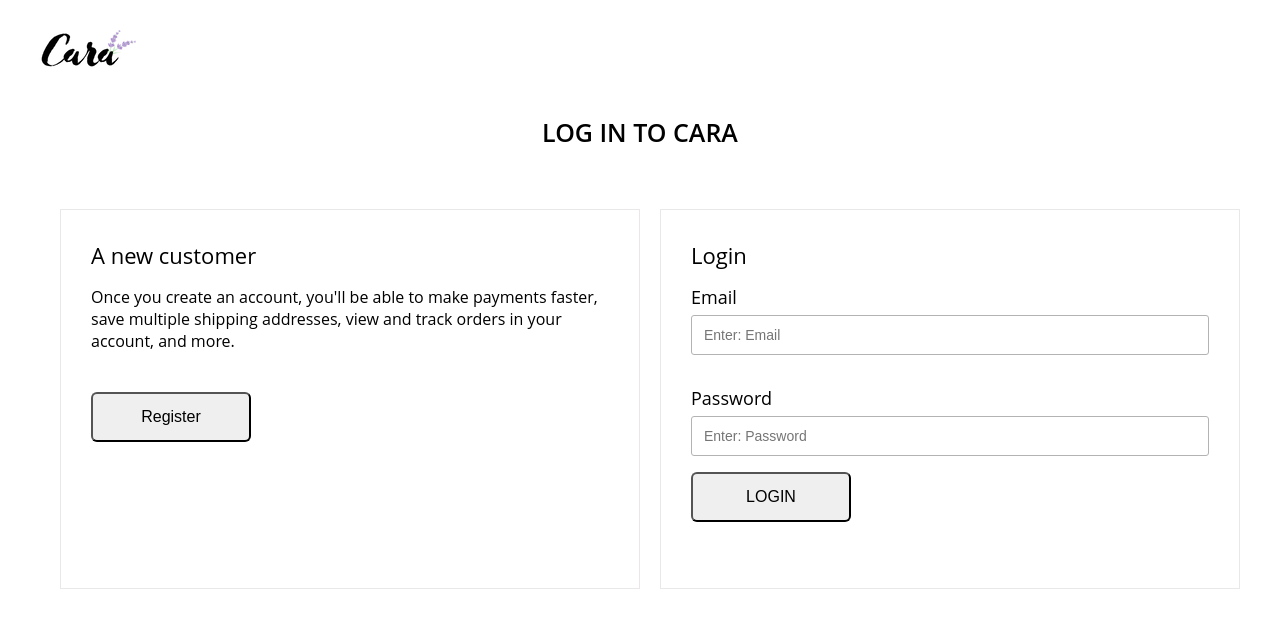
Repository: MinhNhatIT2901/Ecommerce
Page: login.html
An editor plug-in stored every save of this project. The page is shown before and after the next save, followed by the edit.
The browser window is 1280 px wide. The pictures show the whole page.

Above is the page before, as saved 2022-01-11 21:19:40.
Console error: TypeError: Cannot read properties of null (reading 'addEventListener')

### login.html
<!DOCTYPE html>
<html lang="en">
<head>
    <meta charset="UTF-8">
    <meta http-equiv="X-UA-Compatible" content="IE=edge">
    <meta name="viewport" content="width=device-width, initial-scale=1.0">
    <link rel="stylesheet" href="./login/login.css">
    <title>Login for Cara</title>
</head>
<body>
    <div class="logo-img">
        <a href="index.html">
            <img src="./imgs/img/logo.png" alt="">
        </a>
    </div>
    <div class="title">LOG IN TO CARA</div>
    <div class="wrap__box">
        <div class="wrap__content">
            <div class="wrap__container">
                <div class="wrap__title">A new customer</div>
                <p>Once you create an account, you'll be able to make payments faster,
                    save multiple shipping addresses, view and track orders in your account,
                    and more.
                </p>
                <div class="wrap__button">
                    <a href="sigin.html">
                        <button class="btn">
                            Register
                        </button>
                    </a>
                </div>
            </div>
        </div>
        <div class="wrap__content">
            <div class="wrap__container">
                <form action="">
                    <div class="wrap__title">Login</div>
                    <div class="form-group">
                        <label for="email" class="form-label">Email</label>
                        <input id="email" name="email" type="text" placeholder="Enter: Email" class="form-control">
                        <span class="form-message"></span>
                    </div>

                    <div class="form-group">
                        <label for="password" class="form-label">Password</label>
                        <input id="password" name="password" type="password" placeholder="Enter: Password" class="form-control">
                        <span class="form-message"></span>
                    </div>
                    <button class="btn">LOGIN</button>
                </form>
            </div>
        </div>
    </div>
</body>
    <script src="./login/login.js"></script>
</html>

### login/login.css
* {
  padding: 0;
  top: 0;
  box-sizing: border-box;
}

body {
  font-family: "Open Sans", sans-serif;
}

.logo-img {
  margin: 30px;
}

.title {
  text-align: center;
  margin: 40px 0 60px;
  font-size: 25px;
  font-weight: 600;
}

.wrap__box {
  width: 100%;
  display: flex;
  align-items: center;
  max-width: 1200px;
  margin: 0 auto;
}

.wrap__content {
  width: 50%;
}

.wrap__container {
  width: 580px;
  height: 380px;
  border: 1px solid #e9e7e7;
  margin-left: 20px;
  padding: 30px;
}

.wrap__title {
  font-size: 22px;
  font-weight: 500;
}

.wrap__button {
  margin-top: 40px;
}

.wrap__button a {
  text-decoration: none;
  color: #333;
}

.btn {
  width: 160px;
  height: 50px;
  transition: 0.4s ease;
  font-size: 16px;
  font-weight: 500;
  border-radius: 6px;
}

.btn:hover {
  background-color: #333;
  color: #e9e7e7;
  cursor: pointer;
}

.form-group {
  display: flex;
  margin-bottom: 16px;
  flex-direction: column;
}

.form-label,
.form-message {
  text-align: left;
}

.form-label {
  font-weight: 500;
  padding: 15px 0 6px;
  font-size: 18px;
}

.form-control {
  height: 40px;
  padding: 8px 12px;
  border: 1px solid #b3b3b3;
  border-radius: 3px;
  outline: none;
  font-size: 14px;
}

.form-control:hover {
  border-color: #1dbfaf;
}

### login/login.js
const input = document.querySelector(".input")
const eyeOpen = document.querySelector(".eye-open")
const eyeClose = document.querySelector(".eye-close")

eyeOpen.addEventListener("click", function () {
    eyeOpen.classList.add("hidden");
    eyeClose.classList.remove("hidden");
    input.setAttribute("type", "password");
});

eyeClose.addEventListener("click", function () {
    eyeOpen.classList.remove("hidden");
    eyeClose.classList.add("hidden");
    input.setAttribute("type", "text");
})

After the next save:
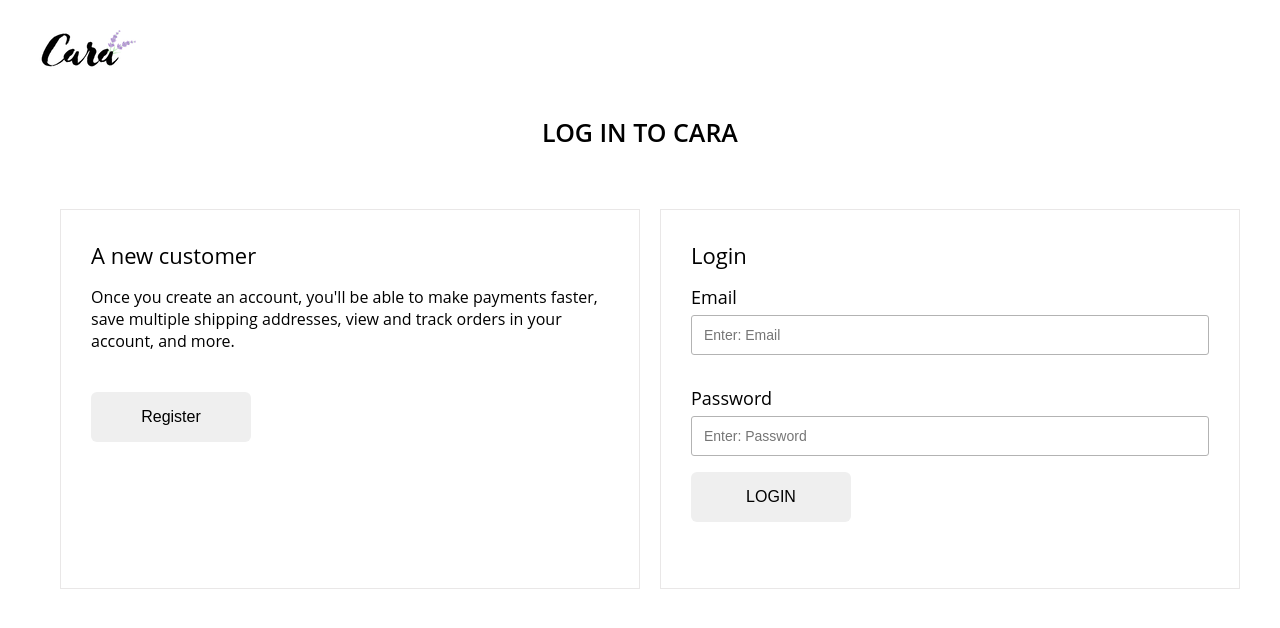
Saved 102 s later.
--- a/login/login.css
+++ b/login/login.css
@@ -60,10 +60,11 @@
   font-size: 16px;
   font-weight: 500;
   border-radius: 6px;
+  border: none;
 }
 
 .btn:hover {
-  background-color: #333;
+  background-color: #1dbfaf;
   color: #e9e7e7;
   cursor: pointer;
 }

After the save that followed:
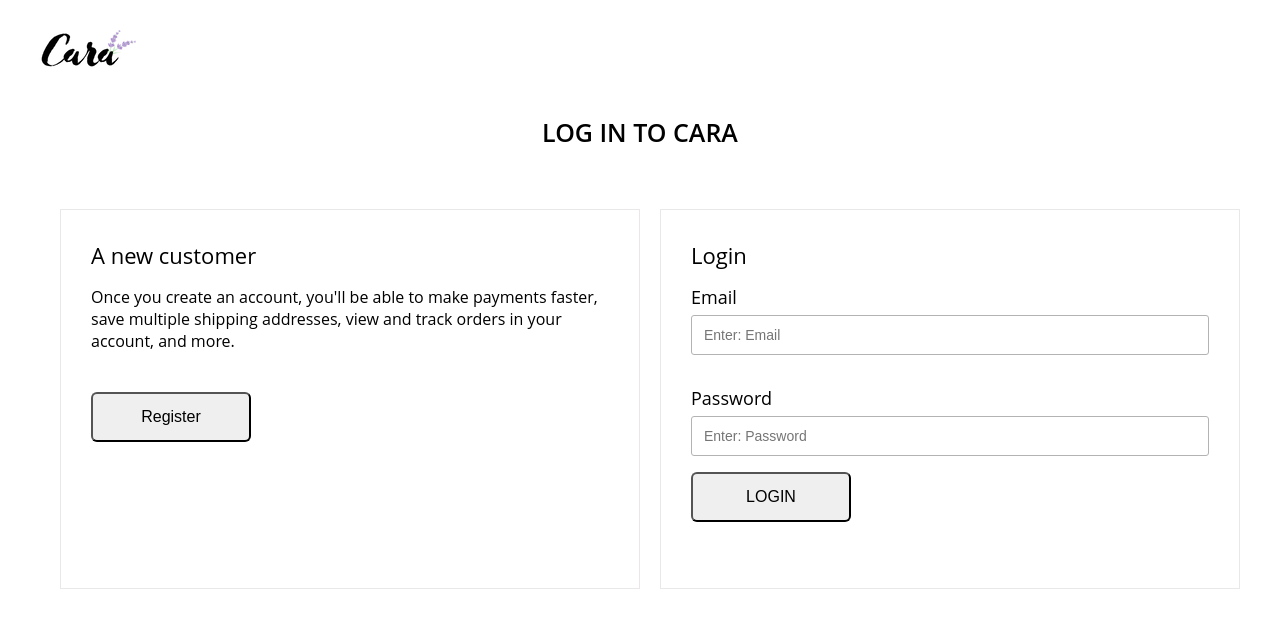
Saved 24 s later.
--- a/login/login.css
+++ b/login/login.css
@@ -60,7 +60,6 @@
   font-size: 16px;
   font-weight: 500;
   border-radius: 6px;
-  border: none;
 }
 
 .btn:hover {
